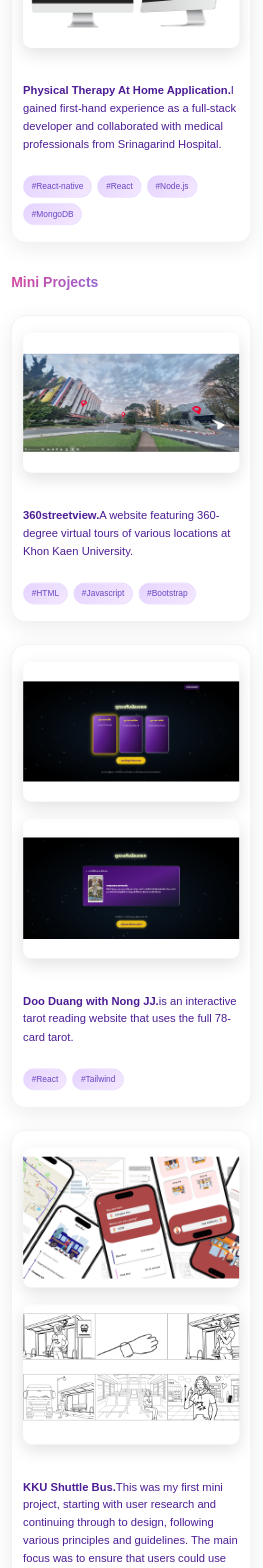
Repository: PattarasayaJJ/Portfolio-jjpatts
Page: /works
An editor plug-in stored every save of this project. The page is shown before and after the next save, followed by the edit.
The browser window is 375 px wide. The pictures show the part of the page from y = 629 to 2869 px (the page is 4843 px tall before and 4761 px after), at 70% of full size.
The project was rebuilt for these pictures with package versions that can differ from the ones it lists, and the page was loaded fresh each time. Also part of the build but not shown: vite.config.js, vite.config.ts, src/header.css, src/hero.css, src/components/Hero.jsx, src/components/Aboutme.jsx.

Above is the page before, as saved 2025-08-03 22:49:53.

### index.html
<!doctype html>
<html lang="en">
  <head>
    <meta charset="UTF-8" />
    <link rel="icon" type="image/svg+xml" href="/JPtab.png" />
    <meta name="viewport" content="width=device-width, initial-scale=1.0" />
    <title>JJPatts Portfolio</title>
  </head>
  <body>
    <div id="root"></div>
    <script type="module" src="/src/index.jsx"></script>
  </body>
</html>

### src/index.css
@import 'tailwindcss/base';
@import 'tailwindcss/components';
@import 'tailwindcss/utilities';
@import url('https://fonts.googleapis.com/css2?family=Kanit:wght@400;700&display=swap');

*{
   font-family: 'Kanit', sans-serif;

}

### src/App.jsx
import React from 'react';
import { BrowserRouter as Router, Routes, Route } from 'react-router-dom';
import { Header } from './components/Header';
import { Hero } from './components/Hero';
import { Works } from './components/Works';
import { Aboutme } from './components/Aboutme' ;
import { Footer } from './components/Footer';
export function App() {
  return (
    <Router>
      <div className="w-full min-h-screen bg-white">
        <Header />
        <main className="w-full">
          <Routes>
            <Route path="/" element={<><Hero /> </>} />
            <Route path="/works" element={<><Works /></>}/>
            <Route path="/aboutme" element={<Aboutme />} />


          </Routes>
        </main>
        <Footer />

      </div>
    </Router>
  );
}

### src/components/Header.jsx
import React, { useState } from 'react';
import { Link, useLocation } from 'react-router-dom';
import { MenuIcon, XIcon } from 'lucide-react';
import '../header.css';

export function Header() {
  const [isMenuOpen, setIsMenuOpen] = useState(false);
  const location = useLocation();

  const isActive = (path) => location.pathname === path;

  return (
    <header className="w-full bg-black py-4 px-8 relative">
      <div className="max-w-7xl mx-auto flex justify-between items-center">
        <Link to="/">
          <div className="flex items-center">
            <img src="/JP.png" alt="logo" className="w-20" />
          </div>
        </Link>

        <nav className="hidden md:flex space-x-8">
          <Link
            to="/"
            className={`font-medium px-8 py-2 rounded-full ${
              isActive('/') ? 'bg-white text-purple-600' : 'gradient-text'
            }`}
            style={isActive('/') ? { color: '#4c1d95' } : {}}
          >
            Home
          </Link>
          <Link
            to="/works"
            className={`font-medium px-8 py-2 rounded-full ${
              isActive('/works') ? 'bg-white text-purple-600' : 'gradient-text'
            }`}
            style={isActive('/works') ? { color: '#4c1d95' } : {}}
          >
            My Projects
          </Link>
          <Link
            to="/aboutme"
            className={`font-medium px-8 py-2 rounded-full ${
              isActive('/aboutme') ? 'bg-white text-purple-600' : 'gradient-text'
            }`}
            style={isActive('/aboutme') ? { color: '#4c1d95' } : {}}
          >
            About me
          </Link>
        </nav>

        <button className="md:hidden text-white" onClick={() => setIsMenuOpen(!isMenuOpen)}>
          {isMenuOpen ? <XIcon size={24} /> : <MenuIcon size={24} />}
        </button>
      </div>

      <div
        className={`
          fixed top-0 right-0 w-64 h-full bg-black z-50 transform transition-transform duration-300 ease-in-out
          ${isMenuOpen ? 'translate-x-0' : 'translate-x-full'}
          md:hidden
        `}
      >
        <div className="p-6">
          <button className="text-white mb-8" onClick={() => setIsMenuOpen(false)}>
            <XIcon size={24} />
          </button>
          <nav className="flex flex-col space-y-6">
            <Link
              to="/"
              className={`font-medium px-6 py-2 rounded-full block text-center ${
                isActive('/') ? 'bg-white text-purple-600' : 'gradient-text'
              }`}
              style={isActive('/') ? { color: '#4c1d95' } : {}}
              onClick={() => setIsMenuOpen(false)}
            >
              Home
            </Link>
            <Link
              to="/works"
              className={`font-medium px-6 py-2 rounded-full block text-center ${
                isActive('/works') ? 'bg-white text-purple-600' : 'gradient-text'
              }`}
              style={isActive('/works') ? { color: '#4c1d95' } : {}}
              onClick={() => setIsMenuOpen(false)}
            >
              My Projects
            </Link>
            <Link
              to="/aboutme"
              className={`font-medium px-6 py-2 rounded-full block text-center ${
                isActive('/aboutme') ? 'bg-white text-purple-600' : 'gradient-text'
              }`}
              style={isActive('/aboutme') ? { color: '#4c1d95' } : {}}
              onClick={() => setIsMenuOpen(false)}
            >
              About me
            </Link>
          </nav>
        </div>
      </div>

      {isMenuOpen && (
        <div
          className="fixed inset-0 bg-black bg-opacity-50 z-40 md:hidden"
          onClick={() => setIsMenuOpen(false)}
        />
      )}
    </header>
  );
}

### src/components/Works.jsx
import '../work.css';

export function Works() {
  const Ptahskills = [
    { name: '#React-native', type: 'tool' },
    { name: '#React', type: 'tool' },
    { name: '#Node.js', type: 'tool' },
    { name: '#MongoDB', type: 'tool' },
  ];

  const stv = [
    { name: '#HTML', type: 'tool' },
    { name: '#Javascript', type: 'tool' },
    { name: '#Bootstrap', type: 'tool' },
  ];

  const tarot = [
    { name: '#React', type: 'tool' },
    { name: '#Tailwind', type: 'tool' },
  ];

  const kkuBusSkills = [
    { name: '#Figma', type: 'tool' },
  ];

  const ClassSkills = [
    { name: '#AdobeXD', type: 'tool' },
  ];

  const BakeySkills = [
    { name: '#Figma', type: 'tool' },
  ];

  const NineSkills = [
    { name: '#Power BI', type: 'tool' },
  ];

  return (
    <section className="projects-section">
      <nav className="breadcrumb">
        <a href="/" className="breadcrumb-link">
          Home
        </a>
        <span className="breadcrumb-separator">/</span>
        <span className="breadcrumb-current">My Projects</span>
      </nav>

      <div className="projects-container">
       <div className="final-project-text">
  <div className="project-title-container">
    <div className="project-title-text">Final Project</div>
  </div>
</div>

        <div className="project-card">
          <div className="project-images">
            <img
              src="/Ptah.png"
              alt="PTAH Mobile App"
              className="project-image"
            />
            <img
              src="/ptahdoctor.png"
              alt="PTAH Desktop App"
              className="project-image"
            />
          </div>

          <div className="project-content">
            <h3 className="project-name">
              <span className="highlight">Physical Therapy At Home Application.</span>
              I gained first-hand experience as a full-stack developer and collaborated with medical professionals from Srinagarind Hospital.
            </h3>

            <div className="skills-list">
              {Ptahskills.map((skill, index) => (
                <span className="skill-tag" key={index}>
                  {skill.name}
                </span>
              ))}
            </div>
          </div>
        </div>

        <div className="final-project-text">
           <div className="project-title-container">
    <div className="project-title-text">Mini Projects</div>
  </div>
</div>

        {/* 360streetview Project */}
        <div className="project-card">
          <div className="project-images single">
            <img
              src="/360.png"
              alt="360streetview"
              className="project-image"
            />
          </div>

          <div className="project-content">
            <h3 className="project-name">
              <span className="highlight">360streetview.</span>
              A website featuring 360-degree virtual tours of various locations at Khon Kaen University.
            </h3>

            <div className="skills-list">
              {stv.map((skill, index) => (
                <span className="skill-tag" key={index}>
                  {skill.name}
                </span>
              ))}
            </div>
          </div>
        </div>

        {/* Tarot Project */}
        <div className="project-card">
          <div className="project-images single">
            <img
              src="/tarot.png"
              alt="Tarot Reading"
              className="project-image"
            />
             <img
              src="/tarot2.png"
              alt="Tarot Reading"
              className="project-image"
            />
          </div>

          <div className="project-content">
            <h3 className="project-name">
              <span className="highlight">Doo Duang with Nong JJ.</span>
              is an interactive tarot reading website that uses the full 78-card tarot.
            </h3>

            <div className="skills-list">
              {tarot.map((skill, index) => (
                <span className="skill-tag" key={index}>
                  {skill.name}
                </span>
              ))}
            </div>
          </div>
        </div>

        {/* KKU Bus Project */}
        <div className="project-card">
          <div className="project-images">
            <img
              src="/KKUbus.png"
              alt="KKU Bus App"
              className="project-image"
            />
            <img
              src="/storykkubus.jpeg"
              alt="KKU Bus Story"
              className="project-image"
            />
          </div>

          <div className="project-content">
            <h3 className="project-name">
              <span className="highlight">KKU Shuttle Bus.</span>
              This was my first mini project, starting with user research and continuing through to design, following various principles and guidelines. The main focus was to ensure that users could use the product without a steep learning curve. In this project, I conducted A/B testing, usability testing, and applied other UX/UI principles as well.
            </h3>

            <div className="skills-list">
              {kkuBusSkills.map((skill, index) => (
                <span className="skill-tag" key={index}>
                  {skill.name}
                </span>
              ))}
            </div>
          </div>
        </div>

        {/* Class Cafe Project */}
        <div className="project-card">
          <div className="project-images single">
            <img
              src="/classfull.png"
              alt="Class Cafe"
              className="project-image"
            />
          </div>

          <div className="project-content">
            <h3 className="project-name">
              <span className="highlight">Class Cafe.</span>
              This project had a clear business objective: How can we increase this store's sales? I started by gathering customer insights and business metrics, then brainstormed revenue‑driving features before moving on to the design phase.
            </h3>

            <div className="skills-list">
              {ClassSkills.map((skill, index) => (
                <span className="skill-tag" key={index}>
                  {skill.name}
                </span>
              ))}
            </div>
          </div>
        </div>

        {/* Bakery Shop Project */}
        <div className="project-card">
          <div className="project-images single">
            <img
              src="/bakery.png"
              alt="Bakery Shop"
              className="project-image"
            />
          </div>

          <div className="project-content">
            <h3 className="project-name">
              <span className="highlight">Bakery Shop.</span>
              The Bakey Shop application was created as a teaching tool for first-year students, with the purpose of introducing and providing practice in using Figma.
            </h3>

            <div className="skills-list">
              {BakeySkills.map((skill, index) => (
                <span className="skill-tag" key={index}>
                  {skill.name}
                </span>
              ))}
            </div>
          </div>
        </div>

        {/* 9Diamond Project */}
        <div className="project-card">
          <div className="project-images single">
            <img
              src="/9Diamond.png"
              alt="9Diamond"
              className="project-image"
            />
          </div>

          <div className="project-content">
            <h3 className="project-name">
              <span className="highlight">9Diamond.</span>
              I reached out to the store to get its sales data, which we analyzed to come up with a suitable promotion.
            </h3>

            <div className="skills-list">
              {NineSkills.map((skill, index) => (
                <span className="skill-tag" key={index}>
                  {skill.name}
                </span>
              ))}
            </div>
          </div>
        </div>
      </div>
    </section>
  );
}

### src/components/Footer.jsx
import React from 'react';

export function Footer() {
  return (
    <footer className="w-full bg-black text-white py-8 px-8">
  <div className="max-w-7xl mx-auto flex flex-col md:flex-row justify-between items-center space-y-6 md:space-y-0">

        <div className="text-center md:text-left gradient-text ">
          <h2 className="text-lg font-semibold">Contact Me</h2>
          <p className="text-sm mt-2">Email: jj.pattarasaya@gmail.com</p>
          <p className="text-sm">Phone: 099-209-5588</p>
          <p className="text-sm">Khon Kaen 40000, Thailand</p>

        </div>

        <div className="flex space-x-4 ">
        <a href="https://github.com/PattarasayaJJ" target="_blank" rel="noopener noreferrer">
        <img src="https://github.githubassets.com/favicons/favicon.png" alt="GitHub" />

  </a>

        </div>
      </div>

      <div className="text-center text-xs text-gray-400 mt-6 ">
        © {new Date().getFullYear()} JJPatts. All rights reserved.
      </div>
    </footer>
  );
}

### src/work.css
.projects-section {
  width: 100%;
  max-width: 1200px;
  margin: 0 auto;
  padding: 2rem 1rem;
  background-color: #ffffff;
}

.projects-container {
  max-width: 80rem;
  margin: 0 auto;
  display: flex;
  flex-direction: column;
  gap: 2rem;
}

.breadcrumb {
  margin-bottom: 2rem;
  font-size: 0.9rem;
  color: #666;
}

.breadcrumb-link {
  color: #666;
  text-decoration: none;
}

.breadcrumb-link:hover {
  color: #333;
}

.breadcrumb-separator {
  margin: 0 0.5rem;
}

.breadcrumb-current {
  color: #333;
  font-weight: 500;
}

.project-title-text {
  margin-top: 10px;
  background: linear-gradient(135deg, #DD489B, #9067D3);
  -webkit-background-clip: text;
  -webkit-text-fill-color: transparent;
  background-clip: text;
  display: inline-block;
  font-size: 1.25rem;
  font-weight: bold;
}

/* Project Card */
.project-card {
  background: #ffffff;
  border-radius: 20px;
  padding: 3rem;
  box-shadow: 0 8px 32px rgba(0, 0, 0, 0.08);
  border: 1px solid #f0f0f0;
  display: flex;
  flex-direction: column;
  gap: 2rem;
}

/* Project Images */
.project-images {
  display: flex;
  justify-content: center;
  gap: 2rem;
  margin-bottom: 1rem;
}

.project-images.single {
  justify-content: center;
}

/* Updated: Uniform image sizing */
.project-image {
  width: 400px;
  height: 300px;
  object-fit: contain;
  border-radius: 12px;
  box-shadow: 0 8px 24px rgba(0, 0, 0, 0.12);
  transition: transform 0.3s ease, box-shadow 0.3s ease;
}

.project-image:hover {
  transform: translateY(-4px);
  box-shadow: 0 12px 32px rgba(0, 0, 0, 0.16);
}

/* Project Content */
.project-content {
  text-align: center;
  display: flex;
  flex-direction: column;
  gap: 1rem;
}

.project-name {
  font-size: 1rem;
  line-height: 1.6;
  color: #4c1d95;
  margin: 0;
  font-weight: 400;
}

.highlight {
  font-weight: 700;
  color: #4c1d95;
}

/* Skills List */
.skills-list {
  display: flex;
  flex-wrap: wrap;
  gap: 0.75rem;
  margin-top: 1rem;
}

.skill-tag {
  background: linear-gradient(135deg, #e5d4ff, #f3e8ff);
  color: #6b46c1;
  padding: 0.5rem 1rem;
  border-radius: 20px;
  font-size: 0.875rem;
  font-weight: 500;
  border: 1px solid #e5d4ff;
  transition: all 0.3s ease;
}

.skill-tag:hover {
  background: linear-gradient(135deg, #ddd6fe, #e5d4ff);
  transform: translateY(-2px);
  box-shadow: 0 4px 12px rgba(107, 70, 193, 0.2);
}

/* Responsive Design */
@media (max-width: 1024px) {
  .project-images {
    gap: 1.5rem;
  }

  .project-image {
    width: 350px;
    height: 250px;
    object-fit: contain;
  }
}

@media (max-width: 768px) {
  .projects-section {
    padding: 1.5rem 1rem;
  }

  .project-card {
    padding: 2rem 1.5rem;
  }

  .project-images {
    flex-direction: column;
    align-items: center;
    gap: 1.5rem;
  }

  .project-image {
    width: 100%;
    max-width: 400px;
    height: 250px;
    object-fit: contain;
  }

  .project-title {
    font-size: 1.5rem;
  }

  .project-name {
    font-size: 1.1rem;
    text-align: left;
  }

  .skills-list {
    justify-content: flex-start;
  }
}

@media (max-width: 480px) {
  .project-card {
    padding: 1.5rem 1rem;
  }

  .project-name {
    font-size: 1rem;
  }

  .skill-tag {
    font-size: 0.75rem;
    padding: 0.4rem 0.8rem;
  }

  .project-image {
    width: 100%;
    max-width: 350px;
    height: 200px;
    object-fit: contain;
  }
}

### src/aboutme.css
.about-container {
  max-width: 1200px;
  margin: 0 auto;
  padding: 2rem 1rem;
  background-color: #ffffff;
}

.breadcrumb {
  margin-bottom: 1rem;
  font-size: 1rem;
  color: #4B5563;
  display: flex;
  align-items: center;
}

.breadcrumb-link {
  color: #4B5563;
  text-decoration: none;
}

.breadcrumb-link:hover {
  text-decoration: underline;
}


.breadcrumb-separator {
  margin: 0 0.5rem;
}

.breadcrumb-current {
  font-weight: bold;
  color: #4c1d95;
}

.about-content {
  display: grid;
  grid-template-columns: 1fr 2fr;
  gap: 3rem;
  align-items: start;
}

.profile-section {
  display: flex;
  flex-direction: column;
  gap: 2rem;
}

.profile-card {
  background: #ffffff;
  border-radius: 20px;
  padding: 1rem;
  box-shadow: 0 8px 32px rgba(0, 0, 0, 0.08);
  border: 1px solid #f0f0f0;
  text-align: center;
}

.avatar-container {
  display: flex;
  flex-direction: column;
  align-items: center;
}

.avatar-wrapper {
  width: 200px;
  height: 200px;
  transition: transform 0.3s ease;
}

.avatar-wrapper:hover {
  transform: scale(1.05);
}

.avatar-img {
  width: 100%;
  height: 100%;
  object-fit: contain;
}

.profile-name {
  font-size: 1.5rem;
  color: #4c1d95;
  margin: 0;
}

.profile-title {
  font-size: 1rem;
  color: #6b46c1;
  margin: 0;
}

.email {
  font-size: 1rem;
  color: #6b7280;
  margin-bottom: 10px;
}

.social-icons {
  display: flex;
  justify-content: center;
  gap: 1rem;
}

.social-link {
  display: flex;
  align-items: center;
  justify-content: center;
  width: 40px;
  height: 40px;
  box-shadow: 0 8px 32px rgba(0, 0, 0, 0.08);
  border-radius: 50%;
  transition: all 0.3s ease;
}

.social-link:hover {
  transform: translateY(-2px);
  box-shadow: 0 4px 12px rgba(107, 70, 193, 0.3);
}

.social-icons img {
  width: 20px;
  height: 20px;
}

.education-card {
  background: #ffffff;
  border-radius: 20px;
  padding: 2rem;
  box-shadow: 0 8px 32px rgba(0, 0, 0, 0.08);
  border: 1px solid #f0f0f0;
}

.education-content {
  margin-top: 1rem;
}

.degree {
  font-size: 1rem;
  color: #4c1d95;
  margin: 0 0 0.5rem 0;
}

.university {
  font-size: 1rem;
  color: #4c1d95;
  margin: 0 0 0.25rem 0;
}

.graduation {
  font-size: 0.9rem;
  color: #6b7280;
  margin: 0;
}

.skills-section {
  display: flex;
  flex-direction: column;
}

.skills-grid {
  display: grid;
  grid-template-columns: 1fr;
  gap: 2rem;
}

.skill-category {
  background: #ffffff;
  border-radius: 20px;
  padding: 2rem;
  box-shadow: 0 8px 32px rgba(0, 0, 0, 0.08);
  border: 1px solid #f0f0f0;
  border-left: 5px solid #ffdff3;
}

.section-title,
.category-title {
  font-size: 1rem;
  margin: 0 0 1.5rem 0;
  display: flex;
  align-items: center;
}

.gradient-text {
  background: linear-gradient(135deg, #DD489B, #9067D3);
  -webkit-background-clip: text;
  -webkit-text-fill-color: transparent;
  background-clip: text;
}

.skills-list {
  display: flex;
  flex-wrap: wrap;
  gap: 0.75rem;
}

.skill-tag {
  background: linear-gradient(135deg, #e5d4ff, #f3e8ff);
  color: #6b46c1;
  padding: 0.5rem 1rem;
  border-radius: 20px;
  font-size: 0.8rem;
  border: 1px solid #e5d4ff;
  transition: all 0.3s ease;
  cursor: default;
}

.skill-tag:hover {
  background: linear-gradient(135deg, #ddd6fe, #e5d4ff);
  transform: translateY(-2px);
  box-shadow: 0 4px 12px rgba(107, 70, 193, 0.2);
}

@media (max-width: 1024px) {
  .about-content {
    grid-template-columns: 1fr;
    gap: 2rem;
  }

  .skills-grid {
    grid-template-columns: repeat(2, 1fr);
  }
}

@media (max-width: 768px) {
  .about-container {
    padding: 1.5rem 1rem;
  }

  .about-content {
    gap: 1.5rem;
  }

  .skills-grid {
    grid-template-columns: 1fr;
    gap: 1.5rem;
  }

  .profile-card,
  .education-card,
  .skill-category {
    padding: 1.5rem;
  }

  .avatar-wrapper {
    width: 150px;
    height: 150px;
  }

  .profile-name {
    font-size: 1.25rem;
  }

  .profile-title {
    font-size: 0.9rem;
  }

  .section-title,
  .category-title {
    font-size: 1.1rem;
  }

  .skill-tag {
    font-size: 0.8rem;
    padding: 0.4rem 0.8rem;
  }
}

@media (max-width: 480px) {

  .profile-card,
  .education-card,
  .skill-category {
    padding: 1.25rem;
  }

  .avatar-wrapper {
    width: 120px;
    height: 120px;
  }

  .profile-name {
    font-size: 1rem;
  }

  .skills-list {
    gap: 0.5rem;
  }

  .skill-tag {
    font-size: 0.75rem;
    padding: 0.35rem 0.7rem;
  }
}

Loaded but not shown: src/index.jsx (common file); tailwind.config.js (common file)

After the next save:
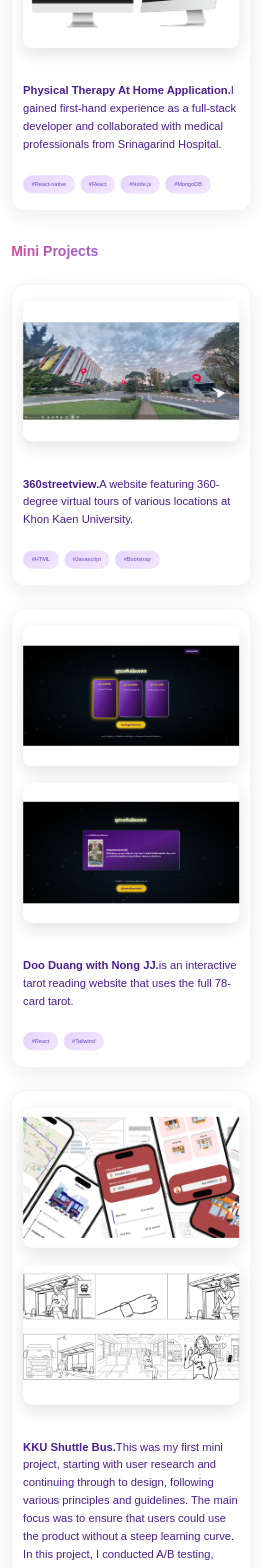
Saved 9 s later.
--- a/src/aboutme.css
+++ b/src/aboutme.css
@@ -286,7 +286,7 @@
   }
 
   .skill-tag {
-    font-size: 0.75rem;
+    font-size: 0.5rem;
     padding: 0.35rem 0.7rem;
   }
 }

After the save that followed:
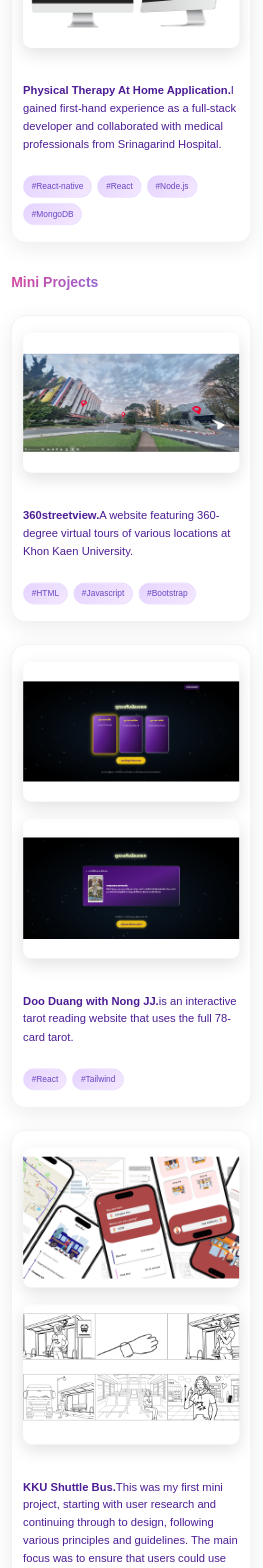
Saved 5 s later.
--- a/src/aboutme.css
+++ b/src/aboutme.css
@@ -286,7 +286,7 @@
   }
 
   .skill-tag {
-    font-size: 0.5rem;
+    font-size: 0.75rem;
     padding: 0.35rem 0.7rem;
   }
 }
